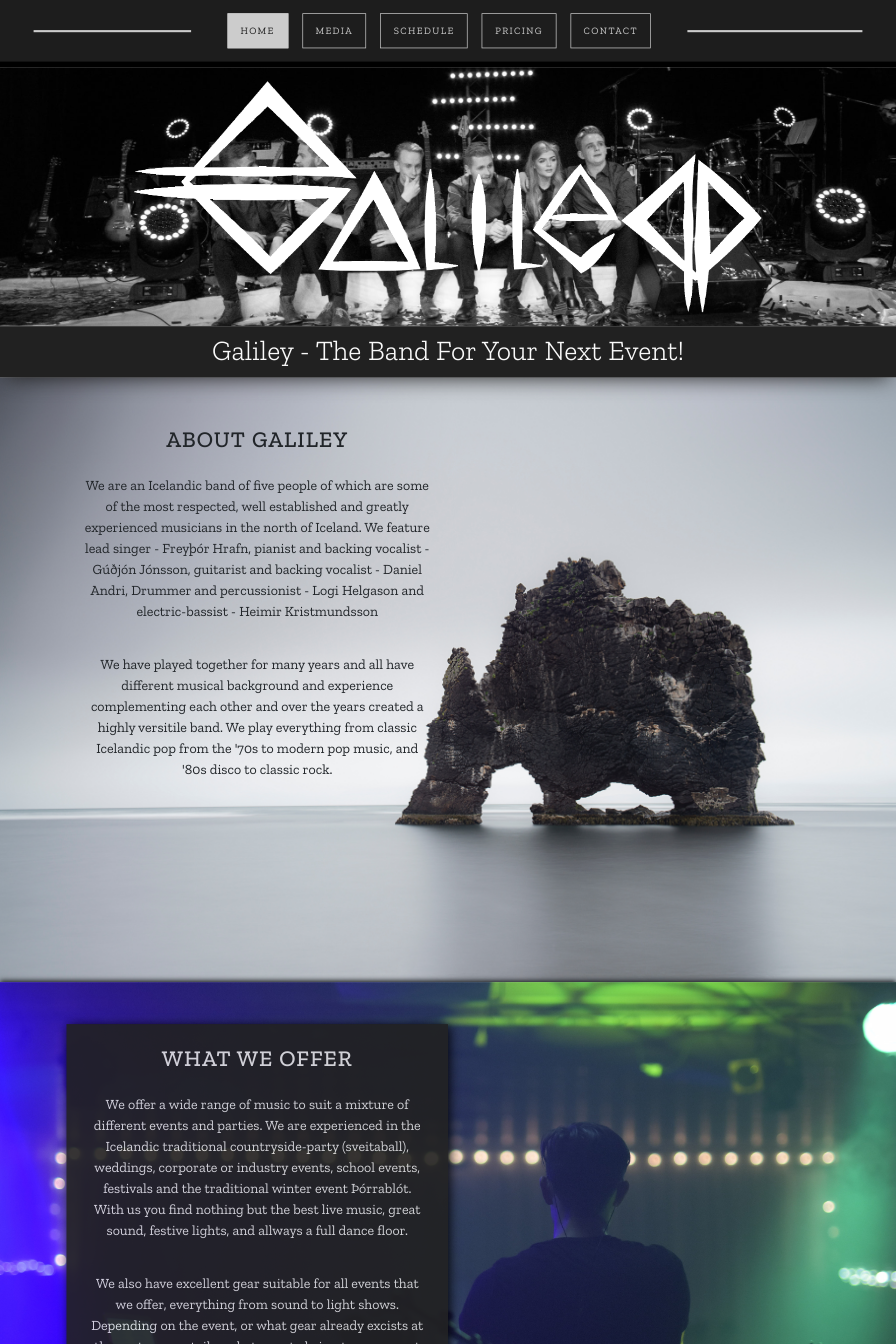
Repository: HeimirDavid/Galiley-Website
Page: index.html
The author's editor kept a record of every edit. The page is drawn from the files as they stood at one moment, then again after the next edit.
The browser window is 1280 px wide. The pictures show the part of the page from y = 0 to 1920 px (the page is 2770 px tall), at 70% of full size.
Backgrounds fixed to the window are drawn as part of the page. Some web libraries are served in a nearby version.

Above is the page before.

After the next edit:
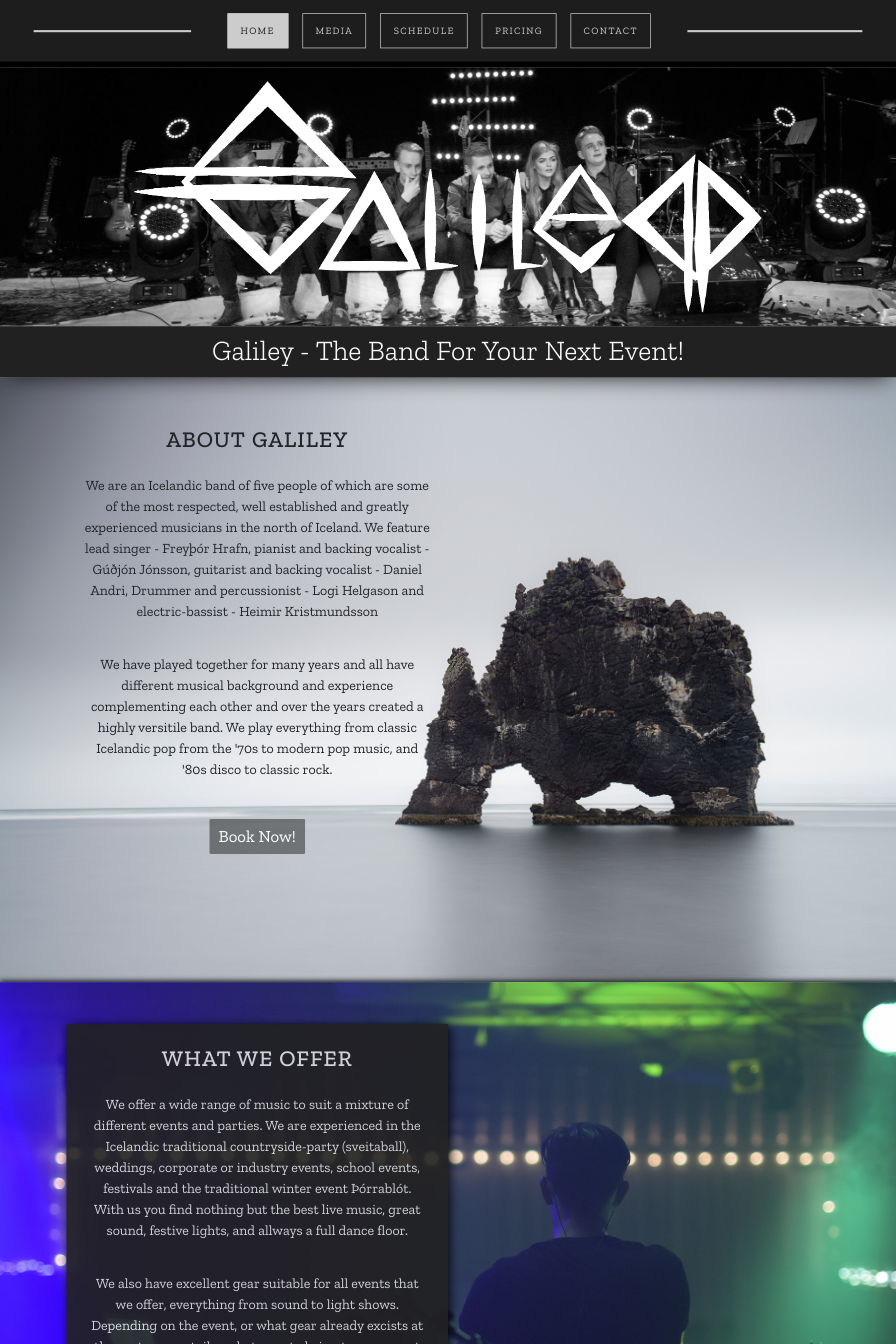
The edit:
--- a/index.html
+++ b/index.html
@@ -87,6 +87,12 @@
                         We have played together for many years and all have different musical background and experience complementing each other and over the years created a highly versitile band. We play everything from classic Icelandic pop from the '70s to modern pop music,
                         and '80s disco to classic rock.
                     </p>
+                    <!------ Book Now button -->
+                <div class="row text-center">
+                    <div class="col gotop-col">
+                        <a class="btn btn-secondary btn-book" href="contact.html" role="button">Book Now!</a>
+                    </div>
+                </div>
                 </div>
             </div>
         </div>
